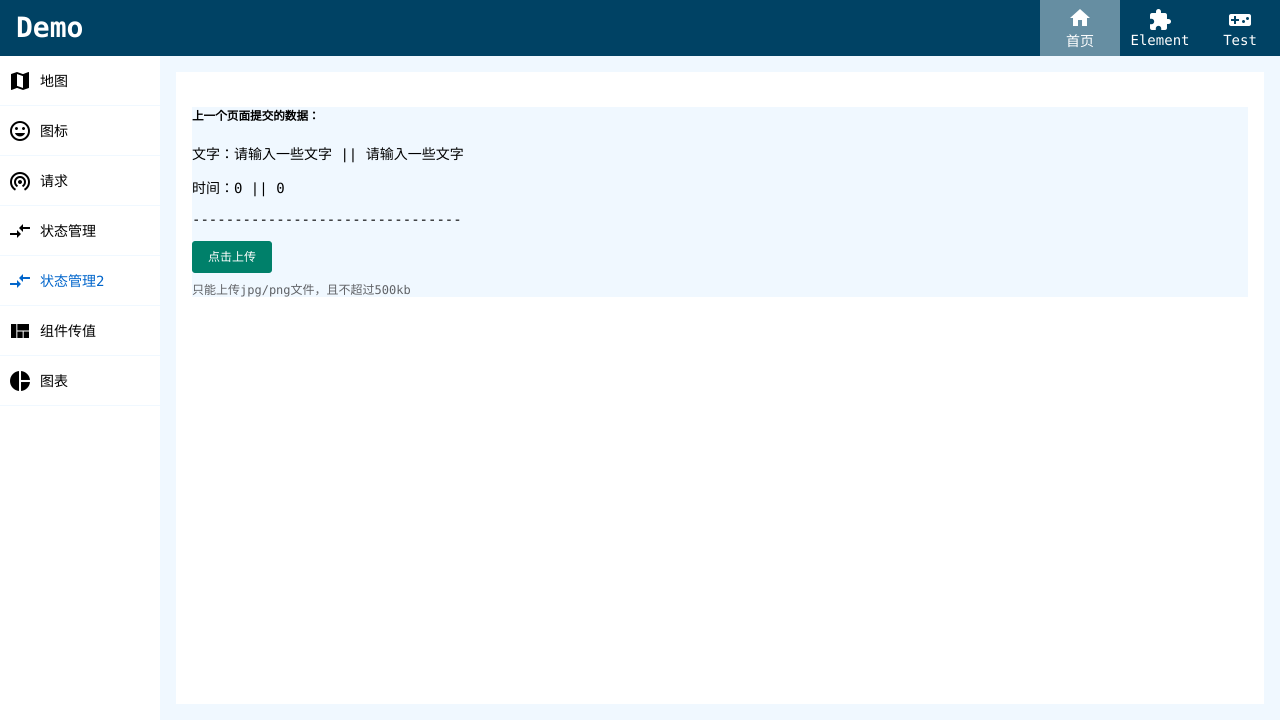
Repository: zh-webliker/element-vue
Page: /Main/Storage2
An editor plug-in stored every save of this project. The page is shown before and after the next save, followed by the edit.
The browser window is 1280 px wide. The pictures show the whole page.
The project was rebuilt for these pictures with package versions that can differ from the ones it lists, and the page was loaded fresh each time. Also part of the build but not shown: vue.config.js. Imported but missing from the stored project, and not drawn on this page: src/json/contour, src/json/hl.

Above is the page before, as saved 2020-08-10 15:45:31.

### public/index.html
<!DOCTYPE html>
<html lang="en">
  <head>
    <meta charset="utf-8">
    <meta http-equiv="X-UA-Compatible" content="IE=edge">
    <meta name="viewport" content="width=device-width,initial-scale=1.0">
    <link rel="icon" href="<%= BASE_URL %>favicon.ico">
    <title>demo</title>

  </head>
  <body>
    <noscript>
      <strong>We're sorry but demo doesn't work properly without JavaScript enabled. Please enable it to continue.</strong>
    </noscript>
    <div id="app"></div>
    <!-- built files will be auto injected -->
  </body>
</html>

### src/main.js
import Vue from 'vue'
import App from './App.vue'
import router from './router'
import store from './store/store'

import './style/style.scss'
import 'material-icons'


/***
 * 初始化axios
 * https://www.kancloud.cn/yunye/axios/234845
 */
import axios from 'axios'
axios.defaults.baseURL = process.env.NODE_ENV === 'production' ? '/' : '/api';
axios.defaults.headers.withCredentials = true;
Vue.prototype.$axios = axios;

// import './style/test.scss'

/**
 * element
 * */
import Element from 'element-ui'
import './style/element-variables.scss'
Vue.use(Element);


Vue.config.productionTip = false;

new Vue({
  router,
  store,
  render: h => h(App)
}).$mount('#app');

### src/App.vue
<template>
  <div id="app">

    <!--header标签和下面的nav标签，是H5新增的标签，相当于有语义的div-->
    <header class="header">

      <h1>{{appName}}</h1>

      <nav>

        <!--router-link是vue自带组件，用于项目内跳转，会编译成a标签-->
        <router-link to="/Main">
          <i class="material-icons">home</i>
          <span>首页</span>
        </router-link>
        <router-link to="/Element">
          <i class="material-icons">extension</i>
          <span>Element</span>
        </router-link>

        <router-link to="/Test">
          <i class="material-icons">videogame_asset</i>
          <span>Test</span>
        </router-link>
        <!--<router-link to="/">
          <i class="material-icons">logout</i>
          <span>退出</span>
        </router-link>-->
      </nav>
    </header>

    <router-view/>

  </div>
</template>

<script>
  const appName = "Demo";

  export default ({
    name: "App",
    data(){
      return {
        appName
      }
    }
  })

</script>

<style lang="scss">

</style>

### src/router.js
import Vue from 'vue'
import Router from 'vue-router'

Vue.use(Router);

export default new Router({
  mode: 'history',
  routes: [
    {
      path: "/",
      redirect: "/Main"
    },
    {
      name: "Main",
      path: "/Main",
      component: ()=> import('./views/main/Main.vue'),
      children: [
        {
          path: "/",
          redirect: "/Main/Map"
        },
        {
          //在router-link跳转中，如果路由设置了name，也可以用name替代path
          name: "Map",
          path: "/Main/Map",
          component: ()=> import('./views/main/Map.vue')
        },
        {
          name: "Icon",
          path: "/Main/Icon",
          component: ()=> import('./views/main/Icon.vue')
        },
        {
          name: "Requesting",
          path: "/Main/Requesting",
          component: ()=> import('./views/main/Requesting.vue')
        },
        {
          name: "Storage",
          path: "/Main/Storage",
          component: ()=> import('./views/main/Storage.vue')
        },
        {
          name: "Storage2",
          path: "/Main/Storage2",
          component: ()=> import('./views/main/Storage2.vue')
        },
        {
          name: "Deliver",
          path: "/Main/Deliver",
          component: ()=> import('./views/main/Deliver.vue')
        },
        {
          name: "Charts",
          path: "/Main/Charts",
          component: ()=> import('./views/main/Charts.vue')
        }
      ]
    },
    {
      name: "Element",
      path: "/Element",
      component: ()=> import('./views/element/ElementMain.vue'),
      children: [
        {
          path: "/",
          redirect: "/Element/Table"
        },
        {
          name: "Table",
          path: "/Element/Table",
          component: ()=> import('./views/element/Table.vue'),
        },
        {
          name: "Tab",
          path: "/Element/Tab",
          component: ()=> import('./views/element/Tab.vue'),
        },
        {
          name: "Form",
          path: "/Element/Form",
          component: ()=> import('./views/element/Form.vue'),
        },
        {
          name: "Tree",
          path: "/Element/Tree",
          component: ()=> import('./views/element/Tree.vue'),
        }
      ]
    },

    {
      name: "Test",
      path: "/Test",
      component: ()=> import('./views/test/Test.vue'),
      redirect: "/Test/Mixin",

      children:[
        {
          name: "Mixin",
          path: "/Test/Mixin",
          component: ()=> import('./views/test/mixins/Index.vue')
        },
        {
          name: "DraggableModule",
          path: "/Test/DraggableModule",
          component: ()=> import('./views/test/draggable/DraggableModule.vue')
        }
      ]
    },

    //把404页面放到最后匹配剩下的全部页面
    {
      name: "404",
      path: "*",
      component: ()=> import('./views/404.vue'),
    }

  ]
})

### src/store/store.js
import Vue from 'vue'
import Vuex from 'vuex'

import StorageStore from './StorageStore'

Vue.use(Vuex);

export default new Vuex.Store({
  state: {

  },
  mutations: {

  },
  actions: {

  },

  //引入模组store
  modules: {
    storage: StorageStore
  }
})

### src/style/style.scss


/*theme*/
$primaryColor: #0065cb;
$primaryTextColor: white;
$primaryBgColor: #004264;
$bgColor: white;

/*global*/
a {
  text-decoration: none;
  color: inherit;
}
.page {
  position: absolute;
  top: 56px;
  bottom: 0;
  left: 0;
  right: 0;
  background-color: aliceblue;
}


/*body*/
body{
  padding: 0; margin: 0;
  font-family: 'Consolas', 'Microsoft YaHei UI';
  font-size: 14px;
}

/*header*/
header {
  background-color: $primaryBgColor;
  color: $primaryTextColor;
  padding: 0 16px;
  position: relative;
  height: 56px;

  h1 {
    margin: 0;
    line-height: 56px;
  }

  nav {
    position: absolute;
    right: 0;
    top: 0;
    height: 100%;
    cursor: pointer;
    display: flex;
    justify-content: center;

    a {
      display: inline-flex;
      width: 80px;
      height: 100%;
      justify-content: center;
      flex-direction: column;
      text-align: center;

      &:hover{
        background-color: rgba(255,255,255,0.1);
      }

      &.router-link-active{
        background-color: rgba(255,255,255,0.4);
      }
    }
  }
}

/*left navbar*/
.left-nav {
  position: absolute;
  width: 160px;
  top: 0;
  bottom: 0;
  left: 0;
  background-color: white;
  //color: $primaryTextColor;


  a {
    position: relative;
    display: flex;
    width: 100%;
    height: 50px;
    cursor: pointer;

    &:hover{
      //background-color: rgba(100,100,100,0.1);
      color: rgb(100,100,100);
    }
    &.router-link-active{
      //background-color: rgba(0,0,0,0.1);
      color: $primaryColor;
    }
    &:after{
      content: "";
      position: absolute;
      bottom: 0;
      width: 100%;
      height: 1px;
      //transform: scaleY(0.5);
      background-color: aliceblue;
    }

    i {
      line-height: 50px;
      width: 40px;
      text-align: center;
      font-size: 24px;
    }
    span {
      line-height: 50px;
      font-size: 14px;
    }

  }
}


.page-content {
  position: absolute;
  left: 160px;
  top: 0;
  bottom: 0;
  right: 0;
  //background-color: aliceblue;
  margin: 16px;
  padding: 16px;
  background-color: white;
  overflow-y: auto;
  overflow-x: auto;

  article{
    padding-bottom: 80px;
  }
}

### src/style/element-variables.scss
/* 改变主题色变量 */
$--color-primary: #00806a;

/* 改变 icon 字体路径变量，必需 */
$--font-path: '~element-ui/lib/theme-chalk/fonts';

@import "~element-ui/packages/theme-chalk/src/index";

.el-main>div:nth-child(2){
  padding: 16px;
}

### src/views/main/Main.vue
<template>
  <div class="page">

    <nav class="left-nav">
      <router-link to="Map">
        <i class="material-icons">map</i>
        <span>地图</span>
      </router-link>
      <router-link to="Icon">
        <i class="material-icons">insert_emoticon</i>
        <span>图标</span>
      </router-link>
      <router-link to="Requesting">
        <i class="material-icons">wifi_tethering</i>
        <span>请求</span>
      </router-link>
      <router-link to="Storage">
        <i class="material-icons">compare_arrows</i>
        <span>状态管理</span>
      </router-link>
      <router-link to="Storage2">
        <i class="material-icons">compare_arrows</i>
        <span>状态管理2</span>
      </router-link>
      <router-link to="Deliver">
        <i class="material-icons">view_quilt</i>
        <span>组件传值</span>
      </router-link>
      <router-link to="Charts">
        <i class="material-icons">pie_chart</i>
        <span>图表</span>
      </router-link>
    </nav>

    <div class="page-content">
      <router-view/>
    </div>
  </div>
</template>

<script>
  export default {
    name: "Main"
  }
</script>

<style scoped>

</style>

### src/views/main/Storage2.vue
<template>
  <div style="background: aliceblue">
    <h5>上一个页面提交的数据：</h5>
    <p>文字：{{text}} || {{getText}}</p>
    <p>时间：{{time}} || {{getTime}}</p>
    <p>--------------------------------</p>
    <div>
      <el-upload
        class="upload-demo"
        action="https://jsonplaceholder.typicode.com/posts/"
        http-request
        :file-list="fileList">
        <el-button size="small" type="primary">点击上传</el-button>
        <div slot="tip" class="el-upload__tip">只能上传jpg/png文件，且不超过500kb</div>
      </el-upload>
    </div>
  </div>
</template>

<script>
  import {mapState, mapGetters} from 'vuex';

  export default {
    name: "Storage2",
    computed: {

      //可以理解为批量获取。第一个参数是命名空间的名称，如果没有命名空间可以省略
      //两种方式，mapState映射state，mapSGetters映射getters
      ...mapState('storage',{
        text: state=> state.storageText,
        time: state=> state.storageTime
      }),

      ...mapGetters('storage', [
        'getText',
        'getTime'
      ])
    },
    data () {
      return {
        fileList:[]
      }
    }
  }
</script>

<style scoped>

</style>

### src/store/StorageStore.js

//vuex store 模块
//https://vuex.vuejs.org/zh/guide/modules.html

export default {

  //开启命名空间
  namespaced: true,

  //状态
  state: {
    "storageText": "请输入一些文字",
    "storageTime": 0
  },

  //set操作
  mutations: {
    setText: (state, text)=> state.storageText = text,
    setTime: (state, time)=> state.storageTime = time
  },

  //批量操作，可以执行异步
  actions: {
    setStorage(context, obj){
      context.commit('setText', obj.text);
      context.commit('setTime', obj.time);
    }
  },

  //get操作
  getters:{
    getText(state) {
      return state.storageText;
    },
    getTime(state) {
      return state.storageTime;
    },
    getNextTime(state){
      return state.storageTime + 60;
    }
  }
}

After the next save:
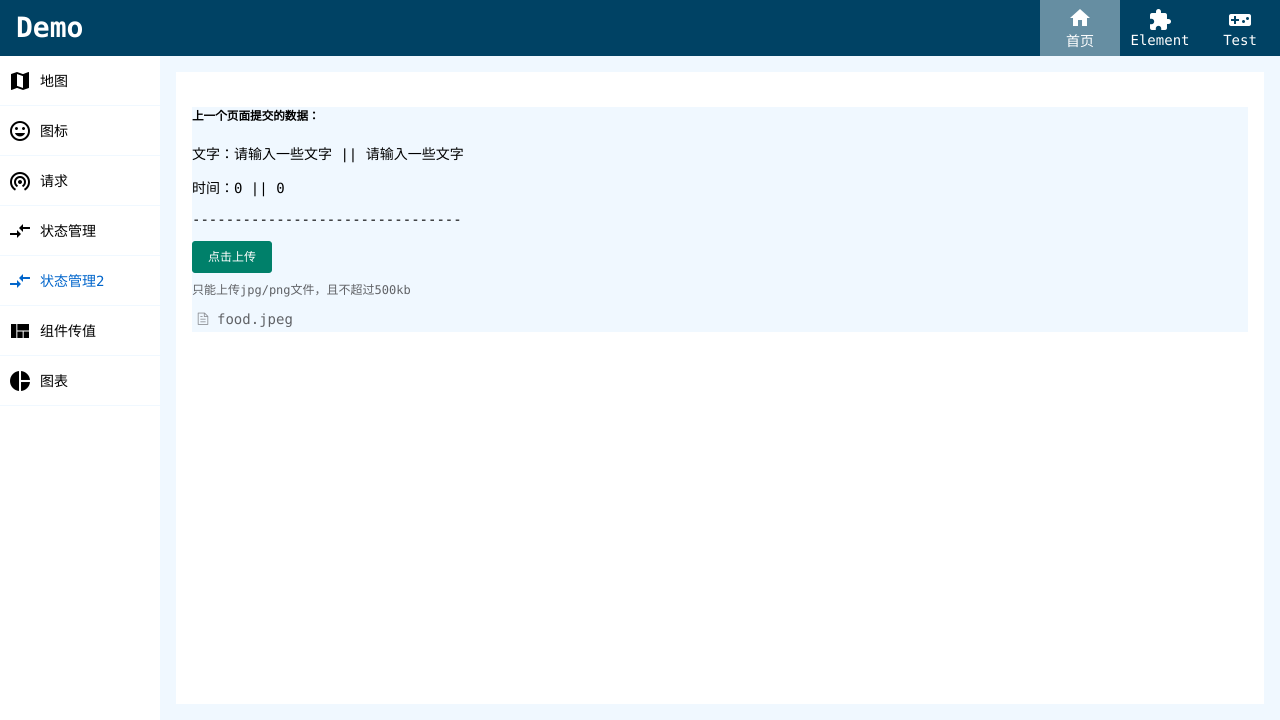
Saved 26 s later.
--- a/src/views/main/Storage2.vue
+++ b/src/views/main/Storage2.vue
@@ -38,7 +38,13 @@
     },
     data () {
       return {
-        fileList:[]
+        fileList:[
+          {
+            name: 'food.jpeg',
+            url: 'https://fuss10.elemecdn.com/3/63/4e7f3a15429bfda99bce42a18cdd1jpeg.jpeg?imageMogr2/thumbnail/360x360/format/webp/quality/100',
+            status: 'finished'
+          }
+        ]
       }
     }
   }
